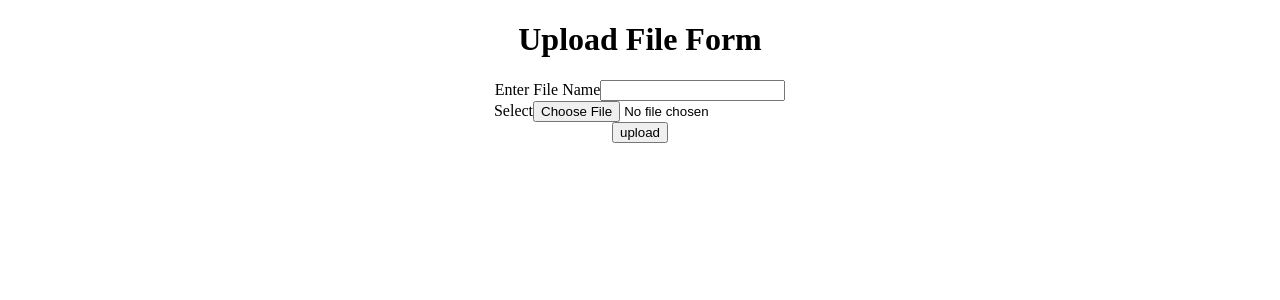
Repository: ThaysaM/upload-de-imagem-java-web
Page: http://localhost/projetoSelecao_Servelet/
These files come from the project's save history. The page is drawn as it stood at one moment and after the next save; the edit follows.
The browser window is 1280 px wide. The pictures show the whole page.
The page is served by Tomcat 9.

Above is the page before, as saved 2020-09-13 14:24:14.

After the next save:
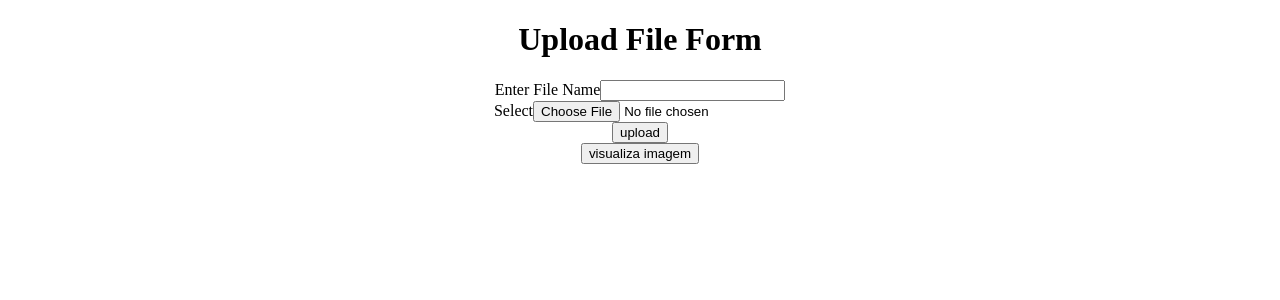
Saved 27 min 42 s later.
--- a/projetoSelecao Servelet/WebContent/index.jsp
+++ b/projetoSelecao Servelet/WebContent/index.jsp
@@ -18,7 +18,9 @@
              <input type="submit" value="upload" />
         </form>
 
-
+        <form action="ProjetoUpload" method="get">
+        	<input type="submit" value="visualiza imagem"/>
+        </form>
            <%
 	           	String file_name=(String)request.getParameter("filename");
 	           	if(file_name!=null){
